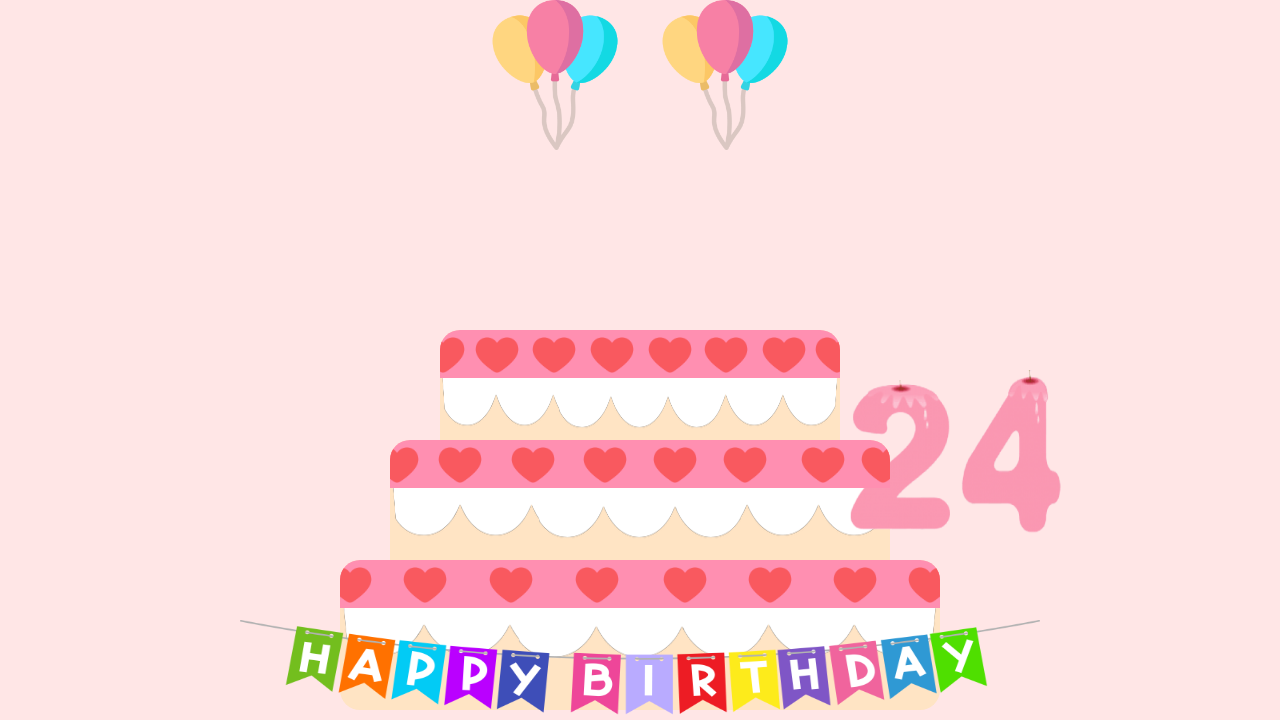
Repository: iphoneboy46/happybirthday
Page: index.html
The author's editor kept a copy of each file at every save. The page is drawn from the files as they stood at one save, then again after the next save.
The browser window is 1280 px wide. The pictures show the whole page.

Above is the page before, as saved 2022-11-28 18:23:02.

### index.html
<!DOCTYPE html>
<html lang="en">
  <head>
    <meta charset="UTF-8" />
    <meta http-equiv="X-UA-Compatible" content="IE=edge" />
    <meta name="viewport" content="width=device-width, initial-scale=1.0" />
    <title>Happy Birthday</title>
    <link rel="stylesheet" href="style.css" />
  </head>
  <body>
    <div class="container">
      <div class="cake">
        <div class="top--cake">
          <div class="img-wavy">
            <img src="image/img1.png" alt="" />
          </div>

          <div class="img-heart-1--top">
            <img src="image/heart.png" alt="" />
          </div>
          <div class="img-heart-2--top">
            <img src="image/heart.png" alt="" />
          </div>
          <div class="img-heart-3--top">
            <img src="image/heart.png" alt="" />
          </div>
          <div class="img-heart-4--top">
            <img src="image/heart.png" alt="" />
          </div>
          <div class="img-heart-5--top">
            <img src="image/heart.png" alt="" />
          </div>
          <div class="img-heart-6--top">
            <img src="image/heart.png" alt="" />
          </div>
          <div class="img-heart-7--top">
            <img src="image/heart.png" alt="" />
          </div>
          <div class="img-heart-8--top">
            <img src="image/heart.png" alt="" />
          </div>

          <div class="border-cake"></div>
        </div>
        <div class="center--cake">
          <div class="img-wavy">
            <img src="image/img1.png" alt="" />
          </div>
          <div class="img-heart-1--center">
            <img src="image/heart.png" alt="" />
          </div>
          <div class="img-heart-2--center">
            <img src="image/heart.png" alt="" />
          </div>
          <div class="img-heart-3--center">
            <img src="image/heart.png" alt="" />
          </div>
          <div class="img-heart-4--center">
            <img src="image/heart.png" alt="" />
          </div>
          <div class="img-heart-5--center">
            <img src="image/heart.png" alt="" />
          </div>
          <div class="img-heart-6--center">
            <img src="image/heart.png" alt="" />
          </div>
          <div class="img-heart-7--center">
            <img src="image/heart.png" alt="" />
          </div>
          <div class="img-heart-8--center">
            <img src="image/heart.png" alt="" />
          </div>

          <div class="border-cake"></div>
        </div>
        <div class="bottom--cake">
          <div class="img-wavy">
            <img src="image/img1.png" alt="" />
          </div>

          <div class="img-heart-1">
            <img src="image/heart.png" alt="" />
          </div>
          <div class="img-heart-2">
            <img src="image/heart.png" alt="" />
          </div>
          <div class="img-heart-3">
            <img src="image/heart.png" alt="" />
          </div>
          <div class="img-heart-4">
            <img src="image/heart.png" alt="" />
          </div>
          <div class="img-heart-5">
            <img src="image/heart.png" alt="" />
          </div>
          <div class="img-heart-6">
            <img src="image/heart.png" alt="" />
          </div>
          <div class="img-heart-7">
            <img src="image/heart.png" alt="" />
          </div>
          <div class="img-heart-8">
            <img src="image/heart.png" alt="" />
          </div>

          <div class="border-cake"></div>
        </div>
        <div class="number2">
            <img src="image/number2png.png" alt="">
        </div>
        <div class="number4">
            <img src="image/number4.png" alt="">
        </div>
      </div>

          <div class="text-hbbd">
            <img src="image/hbbdpng.png" alt="">
          </div>
          <div class="bongbong1">
            <img src="image/balloon.png" alt="">
          </div>
          <div class="bongbong2">
            <img src="image/balloon.png" alt="">
          </div>
    </div>
  </body>
</html>

### style.css
*{
    padding: 0;
    margin: 0;
    box-sizing: border-box;
}

.container{
   width: 100%;
    background-color: #FFE6E6;
   height: 100vh;
   display: flex;
   justify-content: center;
   align-items: flex-end;
}

.cake{
    display: flex;
    flex-direction: column;
    justify-content:center;
    align-items:center
}


.top--cake{
    position: relative;
    overflow: hidden;
    width: 400px;
    height:110px;
    background-color: bisque;
    border-top-left-radius:20px;
    border-top-right-radius:20px;

}



.center--cake{
    position: relative;
    overflow: hidden;
    width: 500px;
    height:120px;
    background-color: bisque;
    border-top-left-radius:20px;
    border-top-right-radius:20px;

}


.bottom--cake{
    position: relative;
    overflow: hidden;
    width: 600px;
    height:150px;
    background-color: bisque;
    border-radius:20px;
    margin-bottom: 10px;
}



.img-wavy{
    width: 100%;
    height: 100px;
}

.img-wavy img{
    width: 100%;
    height: 100%;
}

.img-heart-1{
    z-index: 3;
    position: absolute;
    top: 0px;
    left: -15px;
    width:50px;
    height:50px;
}


.img-heart-1 img{
    width: 100%;
    height: 100%;
}

.img-heart-2{
    z-index: 3;
    position: absolute;
    top: 0px;
    left: 60px;
    width:50px;
    height:50px;
}


.img-heart-2 img{
    width: 100%;
    height: 100%;
}


.img-heart-3{
    z-index: 3;
    position: absolute;
    top: 0px;
    left: 146px;
    width:50px;
    height:50px;
}


.img-heart-3 img{
    width: 100%;
    height: 100%;
}

.img-heart-4{
    z-index: 3;
    position: absolute;
    top: 0px;
    left: 232px;
    width:50px;
    height:50px;
}


.img-heart-4 img{
    width: 100%;
    height: 100%;
}

.img-heart-5{
    z-index: 3;
    position: absolute;
    top: 0px;
    left: 320px;
    width:50px;
    height:50px;
}


.img-heart-5 img{
    width: 100%;
    height: 100%;
}

.img-heart-6{
    z-index: 3;
    position: absolute;
    top: 0px;
    left: 405px;
    width:50px;
    height:50px;
}


.img-heart-6 img{
    width: 100%;
    height: 100%;
}

.img-heart-7{
    z-index: 3;
    position: absolute;
    top: 0px;
    left: 490px;
    width:50px;
    height:50px;
}


.img-heart-7 img{
    width: 100%;
    height: 100%;
}

.img-heart-8{
    z-index: 3;
    position: absolute;
    top: 0px;
    right: -15px;
    width:50px;
    height:50px;
}


.img-heart-8 img{
    width: 100%;
    height: 100%;
}



.border-cake{
    z-index: 2;
    position: absolute;
    top: 0;
    width: 100%;
    height: 48px;
    background-color: #FF8FB1;
}


.img-heart-1--center{
    z-index: 3;
    position: absolute;
    top: 0px;
    left: -18px;
    width:50px;
    height:50px;
}


.img-heart-1--center img{
    width: 100%;
    height: 100%;
}

.img-heart-2--center{
    z-index: 3;
    position: absolute;
    top: 0px;
    left: 45px;
    width:50px;
    height:50px;
}


.img-heart-2--center img{
    width: 100%;
    height: 100%;
}


.img-heart-3--center{
    z-index: 3;
    position: absolute;
    top: 0px;
    left: 118px;
    width:50px;
    height:50px;
}


.img-heart-3--center img{
    width: 100%;
    height: 100%;
}

.img-heart-4--center{
    z-index: 3;
    position: absolute;
    top: 0px;
    left: 190px;
    width:50px;
    height:50px;
}


.img-heart-4--center img{
    width: 100%;
    height: 100%;
}

.img-heart-5--center{
    z-index: 3;
    position: absolute;
    top: 0px;
    left: 260px;
    width:50px;
    height:50px;
}


.img-heart-5--center img{
    width: 100%;
    height: 100%;
}

.img-heart-6--center{
    z-index: 3;
    position: absolute;
    top: 0px;
    left: 330px;
    width:50px;
    height:50px;
}


.img-heart-6--center img{
    width: 100%;
    height: 100%;
}

.img-heart-7--center{
    z-index: 3;
    position: absolute;
    top: 0px;
    left: 408px;
    width:50px;
    height:50px;
}


.img-heart-7--center img{
    width: 100%;
    height: 100%;
}

.img-heart-8--center{
    z-index: 3;
    position: absolute;
    top: 0px;
    right: -18px;
    width:50px;
    height:50px;
}


.img-heart-8--center img{
    width: 100%;
    height: 100%;
}


.img-heart-1--top{
    z-index: 3;
    position: absolute;
    top: 0px;
    left: -22px;
    width:50px;
    height:50px;
}


.img-heart-1--top img{
    width: 100%;
    height: 100%;
}

.img-heart-2--top{
    z-index: 3;
    position: absolute;
    top: 0px;
    left: 32px;
    width:50px;
    height:50px;
}


.img-heart-2--top img{
    width: 100%;
    height: 100%;
}


.img-heart-3--top{
    z-index: 3;
    position: absolute;
    top: 0px;
    left: 89px;
    width:50px;
    height:50px;
}


.img-heart-3--top img{
    width: 100%;
    height: 100%;
}

.img-heart-4--top{
    z-index: 3;
    position: absolute;
    top: 0px;
    left: 147px;
    width:50px;
    height:50px;
}


.img-heart-4--top img{
    width: 100%;
    height: 100%;
}

.img-heart-5--top{
    z-index: 3;
    position: absolute;
    top: 0px;
    left: 205px;
    width:50px;
    height:50px;
}


.img-heart-5--top img{
    width: 100%;
    height: 100%;
}

.img-heart-6--top{
    z-index: 3;
    position: absolute;
    top: 0px;
    left: 261px;
    width:50px;
    height:50px;
}


.img-heart-6--top img{
    width: 100%;
    height: 100%;
}

.img-heart-7--top{
    z-index: 3;
    position: absolute;
    top: 0px;
    left: 319px;
    width:50px;
    height:50px;
}


.img-heart-7--top img{
    width: 100%;
    height: 100%;
}

.img-heart-8--top{
    z-index: 3;
    position: absolute;
    top: 0px;
    right: -22px;
    width:50px;
    height:50px;
}


.img-heart-8--top img{
    width: 100%;
    height: 100%;
}

.number2{
    position: absolute;
    width: 100px;
    height: 150px;
    top: 380px;
    left: 850px;
}

.number2 img{
    width: 100%;
    height: 100%;
}

.number4{
    position: absolute;
    width: 140px;
    height: 180px;
    top: 370px;
    left: 950px;
}

.number4 img{
    width: 100%;
    height: 100%;
}


.text-hbbd{
    position: absolute;

    width: 800px;
    height: 100px;
    animation: topText linear 5s;
}

@keyframes topText{
    0%{
        top:0
    }
    100%{
        top: 150px;
    }
}

.text-hbbd img{
    width: 100%;
    height: 100%;
}

.bongbong1{
    position: absolute;
    width: 150px;
    height: 150px;
    left:480px;
    top: 0px;
}

.bongbong1 img{
    width: 100%;
    height: 100%;
}


.bongbong2{
    position: absolute;
    width: 150px;
    height: 150px;
    right:480px;
    top: 0px;
}

.bongbong2 img{
    width: 100%;
    height: 100%;
}

After the next save:
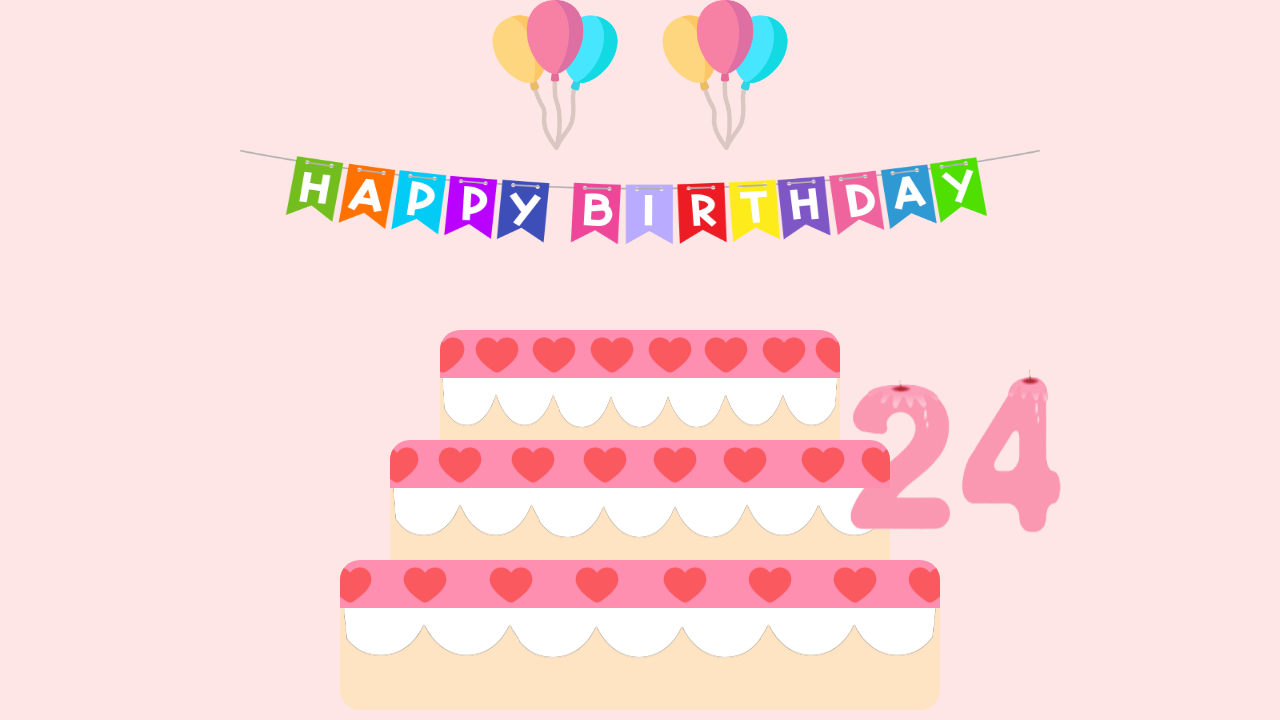
Saved 18 s later.
--- a/style.css
+++ b/style.css
@@ -473,7 +473,7 @@
 
 .text-hbbd{
     position: absolute;
-
+    top: 150px;
     width: 800px;
     height: 100px;
     animation: topText linear 5s;
